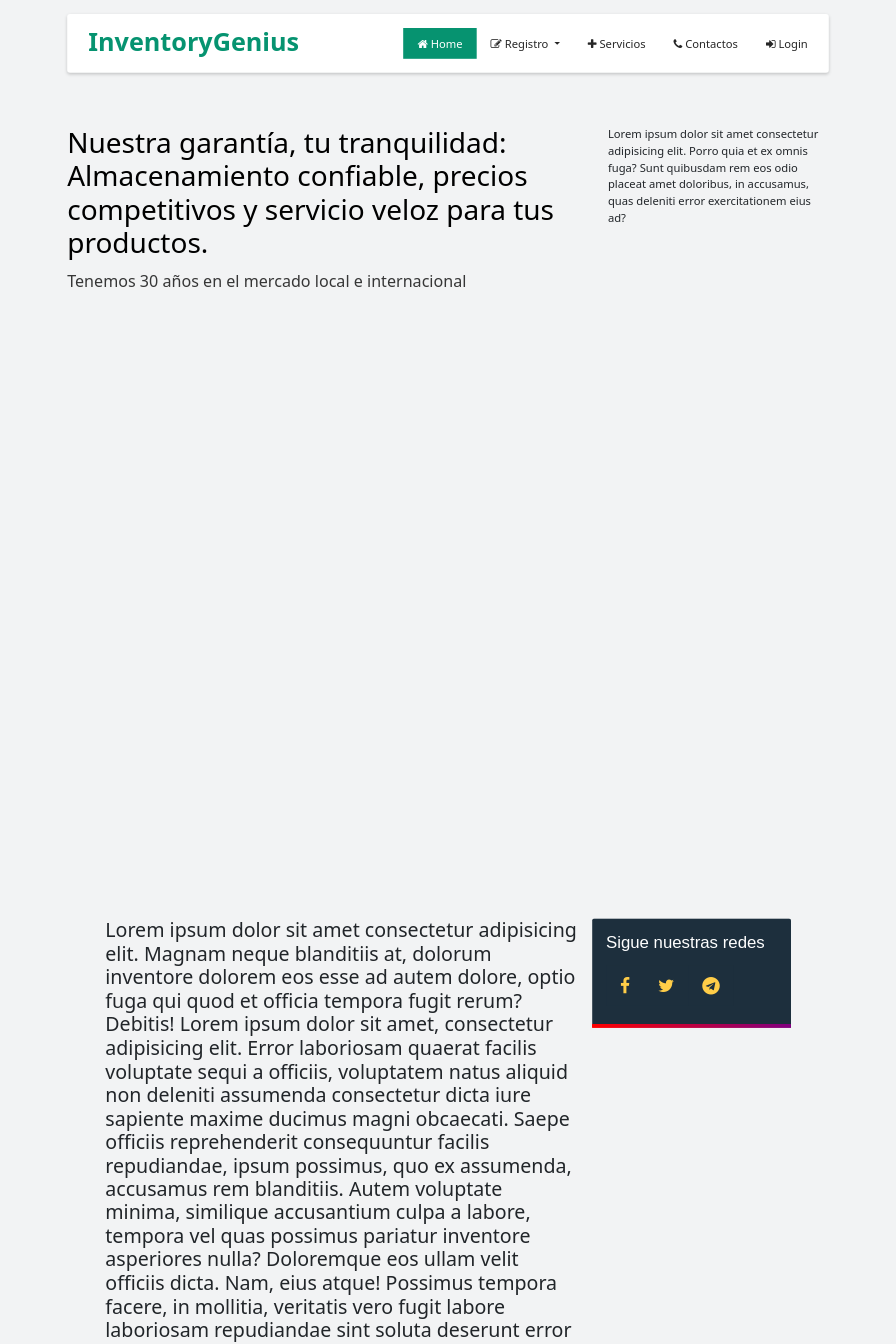
Repository: Sirius018/InventoryGenius
Page: http://localhost/Home
An editor plug-in stored every save of this project. The page is shown before and after the next save, followed by the edit.
The browser window is 1280 px wide. The pictures show the part of the page from y = 0 to 1920 px (the page is 4127 px tall), at 70% of full size.
The page is this project's Thymeleaf template; nobody is signed in. The template is opened directly, without the code that normally fills it, so the values that code supplies are empty.

Above is the page before, as saved 2023-06-06 23:37:39.
Not found: ADW/InventoryGenius/image/back-img.jpeg

### ADW/InventoryGenius/src/main/resources/templates/Home.html
<!DOCTYPE html>
<html lang="en" xmlns:th="http://www.thymeleaf.org">
<head>
    <meta charset="UTF-8">
    <meta http-equiv="X-UA-Compatible" content="IE=edge">
    <meta name="viewport" content="width=device-width, initial-scale=1.0">
    <link href="https://stackpath.bootstrapcdn.com/font-awesome/4.7.0/css/font-awesome.min.css" rel="stylesheet">
    <link href="https://cdn.jsdelivr.net/npm/bootstrap@5.3.0/dist/css/bootstrap.min.css" rel="stylesheet" integrity="sha384-9ndCyUaIbzAi2FUVXJi0CjmCapSmO7SnpJef0486qhLnuZ2cdeRhO02iuK6FUUVM" crossorigin="anonymous">
    <link rel="stylesheet" href="path/to/font-awesome/css/font-awesome.min.css">
    <title>Home - Inventory Genius</title>
    <style>
/********************************** RESET PROPIEDADES **********************************/
* {
    margin: 0;
    padding: 0;
    box-sizing: border-box;
}

body{
   background: #F2F3F4;
}


:root{
    --bg-aside:#1D2F3D;
}
/************************************************************************************************************/




.content-navbar{
    position: relative;
    max-width: 85%;
    margin: 20px auto;
    padding: 10px;
    background: #fff;
    box-sizing: border-box;
    border-radius: 4px;
    box-shadow: 0 2px 5px rgba(0,0,0,.2);
}

.logo{
    color: #069370;
    height: 60px;
    line-height: 60px;
    padding: 0 20px;
    font-size: 36px;
    text-align: center;
    float: left;
    font-weight: 700;
    text-decoration: none;
}

nav{
    float: right;
}

.clearfix{
    clear: both;
}

nav ul{
    margin: 0;
    padding: 0;
    display: flex;
}

nav ul li{
    list-style: none;
}

nav ul li a{
    display: block;
    margin: 10px 0;
    padding: 10px 20px;
    text-decoration: none;
    color: #262626;
}

nav ul li a:hover,
nav ul li a.active{
    background: #069370;
    color: #fff;
    transition: .5s;
}

@media (max-width: 900px) {
    header{
        margin: 20px;
    }
}

@media (max-width: 768px) {
    .menu-toggle{
        display: block;
        width: 40px;
        height: 40px;
        margin: 10px;
        float: right;
        cursor: pointer;
        text-align: center;
        font-size: 30px;
        color: #096370;
    }
    .menu-toggle::before{
        content: '\f0c9';
        font-family: fontAwesome;
        line-height: 40px;

    }
    .menu-toggle.active:before{
        content: '\f00d';
    }
    nav{
        display: none;
    }
    nav.active{
        display: block;
        width: 100%;
    }
    nav.active ul{
        display: block;
    }
    nav.active ul li a{
        margin: 0;
    }
}

.dropdown-item:hover{
    background: #069370;
    color: #fff;
    transition: .5s;
}



main{
    width: 90%;
    margin: 0 auto;
}

.content-title{
    position: relative;
    width: 85%;
    margin: 0 auto;
    text-align:left;
    display: flex;
}

.intert-mid .content-title .lema{
    width: 69%;
    margin-right: 1%;
}
.intert-mid .content-title h1{
    color: #000;
}

.content-title h1 span{
    font-size: 23px;
    color: #363636;
}

.intert-mid .content-title .vacio{
    width: 29%;
    margin-left: 1%;
}

.contenedor-imagen {
    height: 100vh;
    width: 100%;
    margin: 0 auto;
    image-rendering: crisp-edges;
    background-image: url(../image/back-img.jpeg);
    background-repeat: no-repeat;
    background-size: cover;
    background-position: center;
}

.contenedor-imagen img {
	width: 100%;
	height: 100%;
	vertical-align: top;
	object-fit: cover;
	object-position: 0 bottom;
}




main .content-main{
    width: 85%;
    display: flex;
    margin: 0 auto;
}

.content-main .info{
    position: relative;
    min-width: 69%;
    margin: 15px 0;
    margin-right: 1%;
}
.content-main .content-aside{
    position: relative;
    min-width:29%;
    margin: 15px 0 ;
    height: 100%;
	background: var(--bg-aside);
	padding: 20px;
	border-radius: 3px;
	position: sticky;
	top: 20px;
    margin-left: 1%;
}


.content-aside .aside-redes{
    font-family: 'Montserrat', sans-serif;
    color: #fff;
    /*text-align: left;*/
	/*font-weight: normal;*/
}


.content-aside .indice{
    float: left;
}


.content-aside .indice ul li a{
    color: #FFCD48;
    background-color: var(--bg-aside);
    font-size: 25px;
}



.content-aside .indice ul li .facebook:hover{ color: #1877F2; }
.content-aside .indice ul li .twitter:hover{ color: #1DA1F2; }
.content-aside .indice ul li .telegram:hover{ color: #0088CC; }

.content-aside .indice ul li a::after {
    content: '';
    position: absolute;
    left: 0;
    bottom: -2px;
    width: 100%;
    height: 5px;
    background-image: linear-gradient(to right, red, blue);
    background-size: 200% 100%;
    animation: gradientAnimation 2s linear infinite;
}

@keyframes gradientAnimation {
    0% {
        background-position: 0% 0%;
    }
    50% {
        background-position: 100% 0%;
    }
    100% {
        background-position: 0% 0%;
    }
}


/*pagina de referencia: https://webflow.com/blog/business-website-examples  */



/* separacion arriva-abajo de los componentes padres */
.content-title, .contenedor-imagen, main{
    margin: 75px auto;
}



footer{
   width: 90%;
   margin: 50px auto;
   display: block;
}


    </style>
</head>
<body>

	<header class="asssssss">
        <div class="content-navbar">
            <a class="logo" href="#">InventoryGenius</a>
            <div class="menu-toggle"></div>
            <nav>
                <ul>
                    <li><a class="active" href="#"><i class="fa fa-home" aria-hidden="true"></i> Home</a></li>
                    <li class="nav-item dropdown">
                        <a class="dropdown-toggle" href="#" data-bs-toggle="dropdown" aria-expanded="false">
                            <i class="fa fa-pencil-square-o" aria-hidden="true"></i>
                            Registro
                        </a>
                        <ul class="dropdown-menu">
                          <li><a class="dropdown-item" href="#">Proveedores</a></li>
                          <li><a class="dropdown-item" href="#">productos</a></li>
                          <li><a class="dropdown-item" href="#">Empresas</a></li>

                        </ul>
                      </li>
                    <li><a href="#"><i class="fa fa-plus" aria-hidden="true"></i> Servicios</a></li>
                    <li><a href="#"><i class="fa fa-phone" aria-hidden="true"></i> Contactos</a></li>
                    <li><a href=""><i class="fa fa-sign-in" aria-hidden="true"></i> Login</a></li>
                </ul>
            </nav>
            <div class="clearfix"></div>
        </div>
    </header>

    <div class="intert-mid">
        <div class="content-title">
            <div class="lema">
                <h1>Nuestra garantía, tu tranquilidad: Almacenamiento confiable, precios competitivos y servicio veloz para tus productos. <br><span>Tenemos 30 años en el mercado local e internacional</span></h1>
            </div>
            <div class="vacio">
                <p>Lorem ipsum dolor sit amet consectetur adipisicing elit. Porro quia et ex omnis fuga? Sunt quibusdam rem eos odio placeat amet doloribus, in accusamus, quas deleniti error exercitationem eius ad?</p>
            </div>
        </div>
        <div class="contenedor-imagen">
            <a href="#blog">
                <!--<img src="../image/back-img.jpeg" alt="">-->
            </a>
        </div>
    </div>


    <main>
        <div class="content-main">
            <div class="info">
                <h3>Lorem ipsum dolor sit amet consectetur adipisicing elit. Magnam neque blanditiis at, dolorum inventore dolorem eos esse ad autem dolore, optio fuga qui quod et officia tempora fugit rerum? Debitis!
                    Lorem ipsum dolor sit amet, consectetur adipisicing elit. Error laboriosam quaerat facilis voluptate sequi a officiis, voluptatem natus aliquid non deleniti assumenda consectetur dicta iure sapiente maxime ducimus magni obcaecati.
                    Saepe officiis reprehenderit consequuntur facilis repudiandae, ipsum possimus, quo ex assumenda, accusamus rem blanditiis. Autem voluptate minima, similique accusantium culpa a labore, tempora vel quas possimus pariatur inventore asperiores nulla?
                    Doloremque eos ullam velit officiis dicta. Nam, eius atque! Possimus tempora facere, in mollitia, veritatis vero fugit labore laboriosam repudiandae sint soluta deserunt error distinctio unde illo ab. Accusantium, numquam.</h3>
                    <h3>Lorem ipsum dolor sit amet consectetur adipisicing elit. Magnam neque blanditiis at, dolorum inventore dolorem eos esse ad autem dolore, optio fuga qui quod et officia tempora fugit rerum? Debitis!
                        Lorem ipsum dolor sit amet, consectetur adipisicing elit. Error laboriosam quaerat facilis voluptate sequi a officiis, voluptatem natus aliquid non deleniti assumenda consectetur dicta iure sapiente maxime ducimus magni obcaecati.
                        Saepe officiis reprehenderit consequuntur facilis repudiandae, ipsum possimus, quo ex assumenda, accusamus rem blanditiis. Autem voluptate minima, similique accusantium culpa a labore, tempora vel quas possimus pariatur inventore asperiores nulla?
                        Doloremque eos ullam velit officiis dicta. Nam, eius atque! Possimus tempora facere, in mollitia, veritatis vero fugit labore laboriosam repudiandae sint soluta deserunt error distinctio unde illo ab. Accusantium, numquam.</h3>
                        <h3>Lorem ipsum dolor sit amet consectetur adipisicing elit. Magnam neque blanditiis at, dolorum inventore dolorem eos esse ad autem dolore, optio fuga qui quod et officia tempora fugit rerum? Debitis!
                            Lorem ipsum dolor sit amet, consectetur adipisicing elit. Error laboriosam quaerat facilis voluptate sequi a officiis, voluptatem natus aliquid non deleniti assumenda consectetur dicta iure sapiente maxime ducimus magni obcaecati.
                            Saepe officiis reprehenderit consequuntur facilis repudiandae, ipsum possimus, quo ex assumenda, accusamus rem blanditiis. Autem voluptate minima, similique accusantium culpa a labore, tempora vel quas possimus pariatur inventore asperiores nulla?
                            Doloremque eos ullam velit officiis dicta. Nam, eius atque! Possimus tempora facere, in mollitia, veritatis vero fugit labore laboriosam repudiandae sint soluta deserunt error distinctio unde illo ab. Accusantium, numquam.</h3>
            </div>
            <div class="content-aside">
                <h4 class="aside-redes">Sigue nuestras redes</h4>
				<nav class="indice">
					<ul>
                        <li><a href="https://es-la.facebook.com/" target="_blank"><i class="fa fa-facebook facebook" aria-hidden="true"></i></a></li>
                        <li><a href="https://twitter.com/?lang=es" target="_blank"><i class="fa fa-twitter twitter" aria-hidden="true"></i></a></li>
                        <li><a href="https://web.telegram.org/a/" target="_blank"><i class="fa fa-telegram telegram" aria-hidden="true"></i></a></li>
                    </ul>
				</nav>
            </div>
        </div>
    </main>

    <footer>
        <p>Lorem ipsum, dolor sit amet consectetur adipisicing elit. Nihil rem repellendus ducimus esse, maxime recusandae eligendi. Temporibus sit consequatur, accusantium cum provident corrupti doloribus maiores quidem consequuntur qui minima ex?
        Enim et aperiam cum necessitatibus dolores maiores nam, tempore quos repellat, laboriosam ad laborum tempora, earum iusto praesentium! In iste omnis provident fuga similique dicta eaque rerum! Provident, deleniti tenetur!
        Dicta dignissimos id laborum, aliquid quaerat aspernatur assumenda laudantium. Et earum deleniti nam maiores, aliquam voluptate excepturi exercitationem inventore dolor eaque! Autem illo vero, architecto accusantium quasi vel odio ratione?
        Quia nihil numquam, rerum eveniet facere officiis, vel eligendi aliquam non repellendus exercitationem! Blanditiis veniam unde, expedita cupiditate quaerat reiciendis molestiae tempore aliquid eveniet? Necessitatibus amet aperiam delectus adipisci vitae.
        Quidem vel, mollitia dolores reiciendis eum a perferendis saepe, impedit nobis distinctio fugit dolor perspiciatis enim. Quo, voluptatem quidem in placeat reiciendis est repellendus doloremque veritatis quaerat blanditiis laudantium maxime.
        Rerum eum magnam iste accusantium dolorem commodi, nihil hic nam voluptates natus soluta debitis maiores expedita labore suscipit dolor reprehenderit cum accusamus ea optio corrupti exercitationem facilis ex. Sit, corrupti.
        Qui ab earum est rem distinctio saepe porro, totam dicta accusamus, nulla delectus magni fugiat labore! Sint repellat tenetur harum accusantium quae nulla dignissimos et placeat, autem facilis commodi tempora!
        Magnam perferendis aliquid id totam, est consequatur similique quam mollitia ex officia deleniti voluptate iusto et aliquam obcaecati amet fuga beatae architecto at ipsam! Facilis culpa soluta nobis quam excepturi.
        Soluta nulla corrupti sapiente quis? Eius perferendis eaque, magnam aliquam totam consectetur non ipsam mollitia minima aliquid? Deleniti sed praesentium natus eos, numquam ab quo voluptate dolor odit ratione sit.
        Modi dicta consectetur voluptas nostrum, vel excepturi alias eum deleniti eaque aut magni molestiae maxime ad saepe quae quia rerum! Modi, obcaecati. Aut, adipisci repellendus maxime nisi nam placeat odio? </p>
        <p>Lorem ipsum dolor sit amet consectetur adipisicing elit. Nisi esse quod labore rerum eos voluptas iste vel qui? Asperiores nihil alias officiis repudiandae eum eius, reprehenderit pariatur perspiciatis molestias ad.
        Corrupti blanditiis obcaecati repudiandae, sed in sint cupiditate explicabo amet aspernatur impedit iste quas, inventore repellendus quaerat quia ad optio facere ipsam quos ab, totam nostrum? Officia corporis corrupti totam.
        Sit quisquam architecto ut odit tempore explicabo, laboriosam dolores, odio dicta alias voluptas consectetur quasi est doloremque quibusdam quod quam asperiores itaque at voluptatibus veritatis ab exercitationem rerum! Voluptate, quasi!
        Voluptas, in incidunt nihil dolore atque corporis perferendis consectetur distinctio porro laborum repudiandae mollitia reprehenderit sequi odit perspiciatis nemo dolorum ratione quod. Corporis possimus, eaque dolores perspiciatis sequi ipsum mollitia.
        Consequatur inventore, esse repudiandae sequi, sint reiciendis eos nihil sunt at veniam perspiciatis ducimus amet dolores omnis voluptates alias quaerat, ut ipsam impedit placeat nulla dolorem? Velit dolores aut nisi.
        Nulla magnam architecto est animi ipsam numquam, adipisci deleniti, autem nisi non quae aliquam at quam nobis maxime, et ut distinctio aut saepe. Itaque atque magnam officia provident in molestias.
        Laudantium doloremque odit sapiente corrupti. Distinctio perferendis eaque quam quo dignissimos reiciendis quis! Nihil dolorum consequuntur quo blanditiis commodi beatae pariatur veniam quia iste aliquid maxime, deserunt consequatur, placeat voluptatem.
        Inventore, temporibus? Dolor ipsam molestiae libero, rerum autem dolorum, velit non, at ut ducimus vitae architecto veniam accusantium nam deserunt. Vitae tempora nihil nemo, repellat quidem et a ducimus. Quam!
        Laudantium quo laboriosam magni eveniet veritatis commodi repellat in perspiciatis a. Fugit voluptatibus tenetur officia temporibus ad quasi, ratione animi nihil asperiores quia dolorem suscipit illo laudantium aperiam assumenda eum!</p>
    </footer>


<script src="https://code.jquery.com/jquery-3.6.0.js" integrity="sha256-H+K7U5CnXl1h5ywQfKtSj8PCmoN9aaq30gDh27Xc0jk=" crossorigin="anonymous"></script>
<script src="https://cdn.jsdelivr.net/npm/bootstrap@5.3.0/dist/js/bootstrap.bundle.min.js" integrity="sha384-geWF76RCwLtnZ8qwWowPQNguL3RmwHVBC9FhGdlKrxdiJJigb/j/68SIy3Te4Bkz" crossorigin="anonymous"></script>
<script src="../static/js/home.js"></script>
</body>
</html>

### ADW/InventoryGenius/src/main/resources/static/js/home.js
$(document).ready(function(){
    $('.menu-toggle').click(function(){
        $('.menu-toggle').toggleClass('active')
        $('nav').toggleClass('active')
    })
})

After the next save:
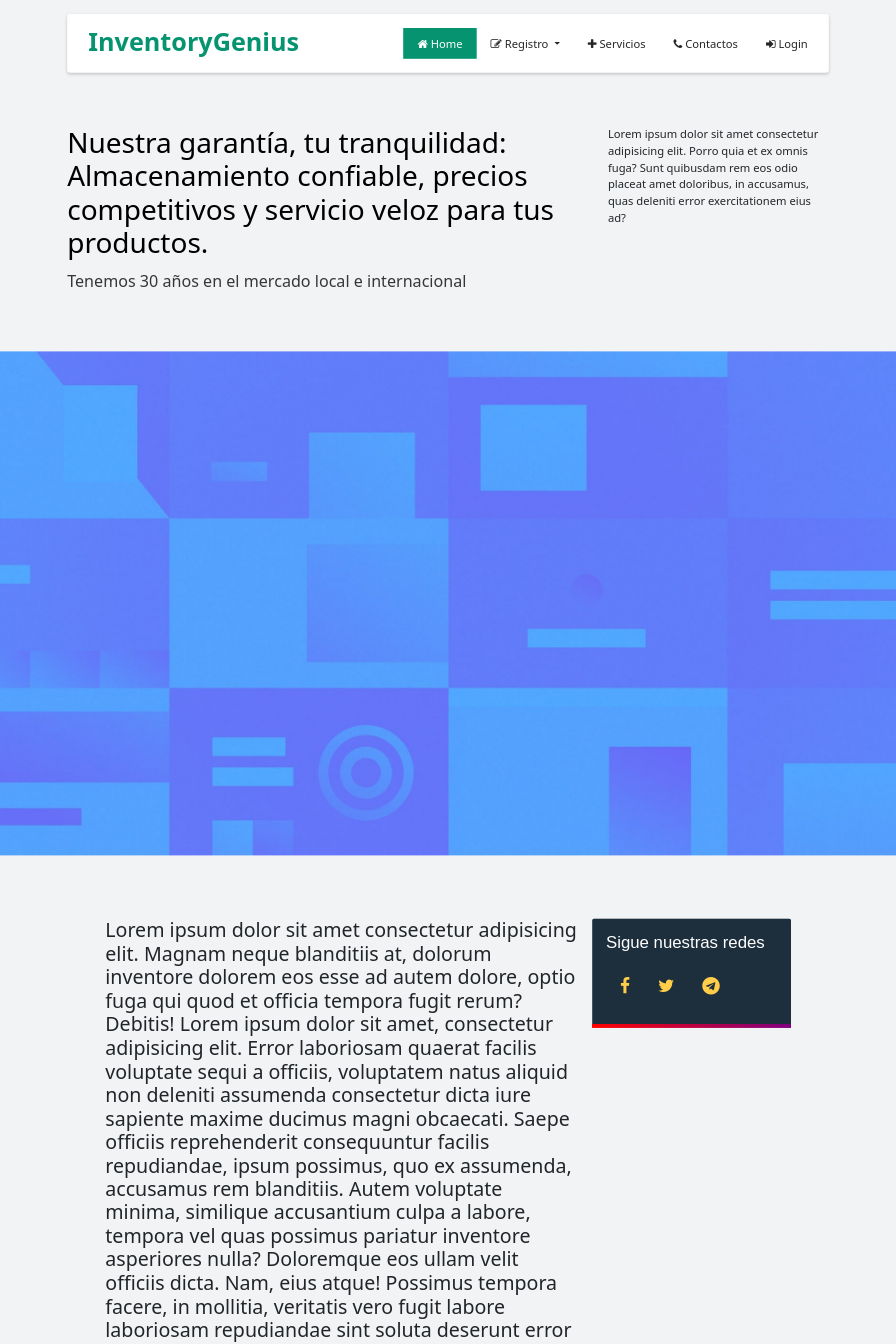
Saved 44 s later.
--- a/ADW/InventoryGenius/src/main/resources/templates/Home.html
+++ b/ADW/InventoryGenius/src/main/resources/templates/Home.html
@@ -171,7 +171,7 @@ main{
     width: 100%;
     margin: 0 auto;
     image-rendering: crisp-edges;
-    background-image: url(../image/back-img.jpeg);
+    background-image: url(../static/master_image/image_home/back-img.jpeg);
     background-repeat: no-repeat;
     background-size: cover;
     background-position: center;
